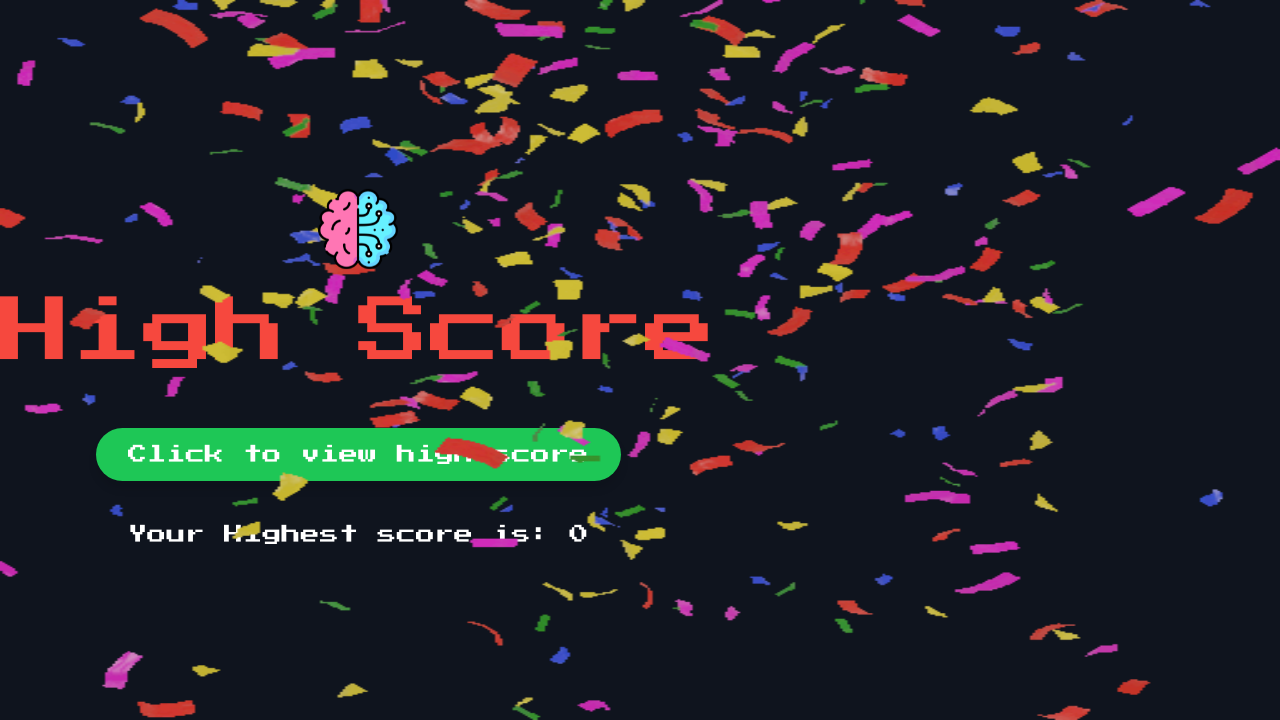
Repository: Shenixo/Color_match_game
Page: /high_score
These files come from the project's save history. The page is drawn as it stood at one moment and after a run of saves; the edit follows.
The browser window is 1280 px wide. The pictures show the whole page.
The project was rebuilt for these pictures with package versions that can differ from the ones it lists, and the page was loaded fresh each time. Also part of the build but not shown: vite.config.js, src/Components/Card/Card.css, src/Components/Card/Card.jsx, src/Pages/Home/Home.jsx, src/Pages/Rules/Rules.css, src/Pages/Rules/Rules.jsx, src/Pages/Sound/Sound.jsx, src/Pages/GamePlay/GamePlay.css and 3 more. Imported but missing from the stored project, and not drawn on this page: src/assets/button_clicks.wav, src/assets/celebration.mp3, src/assets/game_theme_sound.mp4, src/assets/lose.wav, src/assets/win.wav.

Above is the page before, as saved 2025-02-04 15:20:44.

After the next 2 saves:
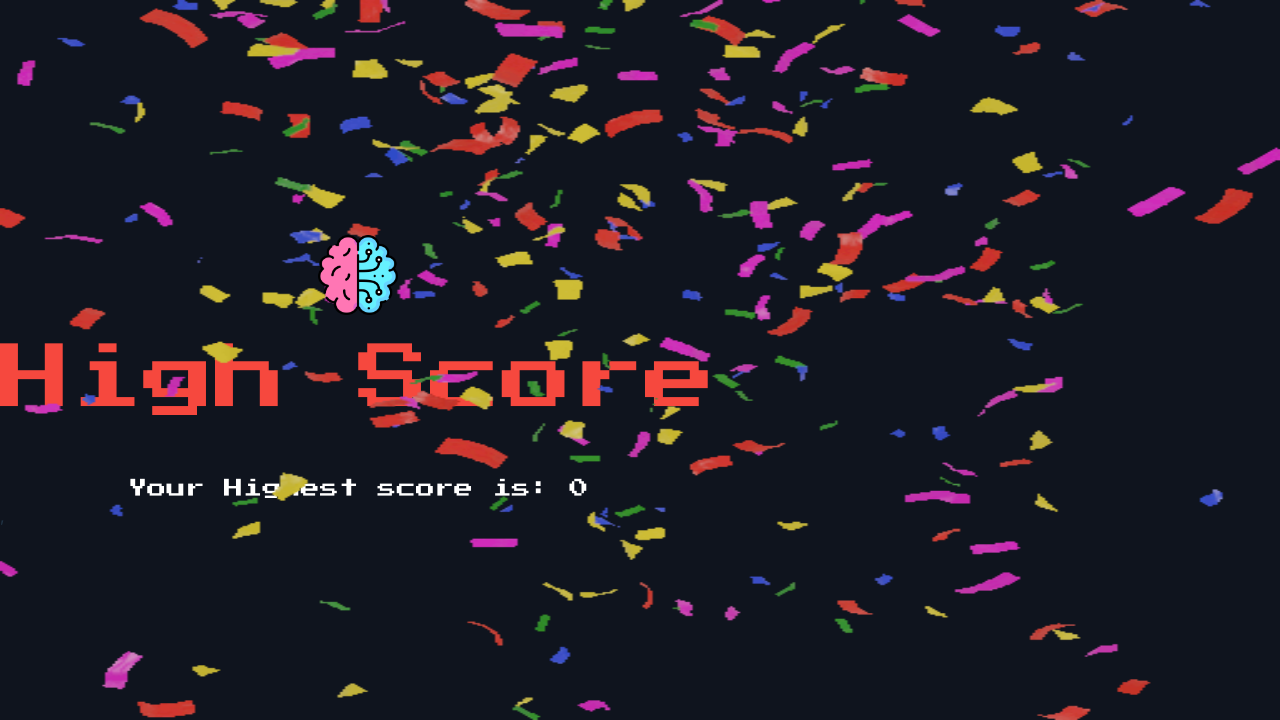
The 2 saves are shown as one change because they came seconds apart.
The last was saved 9 s later.
--- a/src/Pages/HighScore/HighScore.jsx
+++ b/src/Pages/HighScore/HighScore.jsx
@@ -2,7 +2,7 @@
 import { listenForScoreUpdates } from "../../Components/Card/Card";
 import Title from "../../Components/Title/Title";
 import celebration_gif from "../../assets/celebration_gif.gif";
-import { CelebrationSound } from "../../Components/Sound/Sound";
+import { CelebrationSound, TabClick } from "../../Components/Sound/Sound";
 import "./HighScore.css";
 import Tab from "../../Components/Tab/Tab";
 
@@ -40,6 +40,7 @@
               <Title content="High Score" />
               {
                   <Tab content="Click to view high score" />
+                  <TabClick
               }
         <h2 className="high_score">Your Highest score is: {highScore}</h2>
       </div>

After the save that followed:
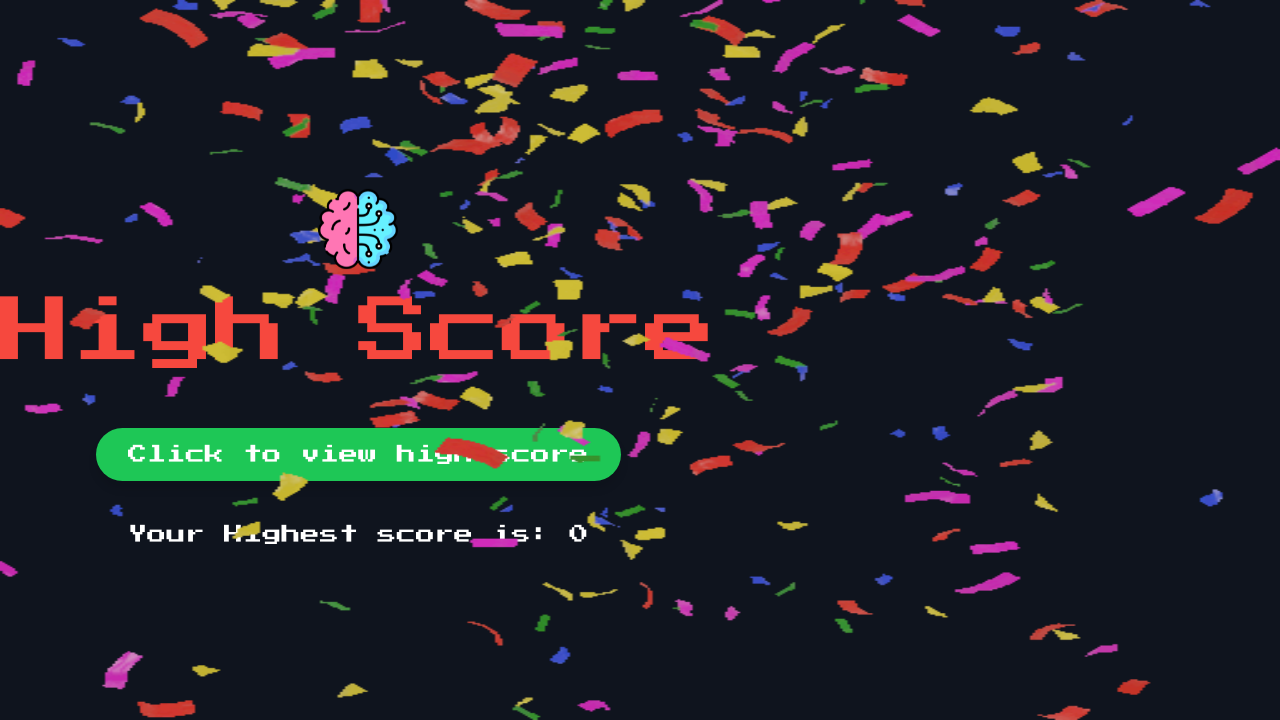
Saved 4 s later.
--- a/src/Pages/HighScore/HighScore.jsx
+++ b/src/Pages/HighScore/HighScore.jsx
@@ -40,7 +40,7 @@
               <Title content="High Score" />
               {
                   <Tab content="Click to view high score" />
-                  <TabClick
+
               }
         <h2 className="high_score">Your Highest score is: {highScore}</h2>
       </div>
